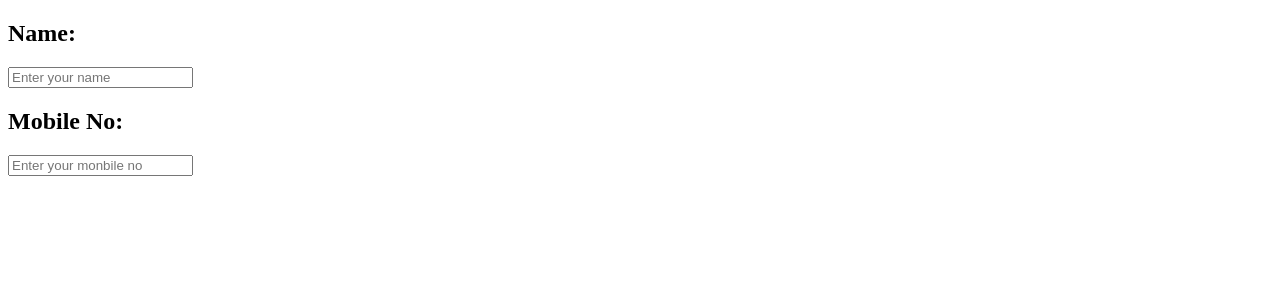
Repository: akki1071993/JavaServlet
Page: MyFirstServletApp/src/main/webapp/index.html
These files come from the project's save history. The page is drawn as it stood at one moment and after the next save; the edit follows.
The browser window is 1280 px wide. The pictures show the whole page.

Above is the page before, as saved 2022-06-14 07:52:29.

### MyFirstServletApp/src/main/webapp/index.html
<!DOCTYPE html>
<html>
<head>
<meta charset="ISO-8859-1">
<title>Welcome to Akash World</title>
</head>
<body>
<h2>Name: </h2>
<input name="fname"  placeholder="Enter your name" />

<h2>Mobile No: </h2>
<input name="fname"  placeholder="Enter your monbile no" />

</body>
</html>

After the next save:
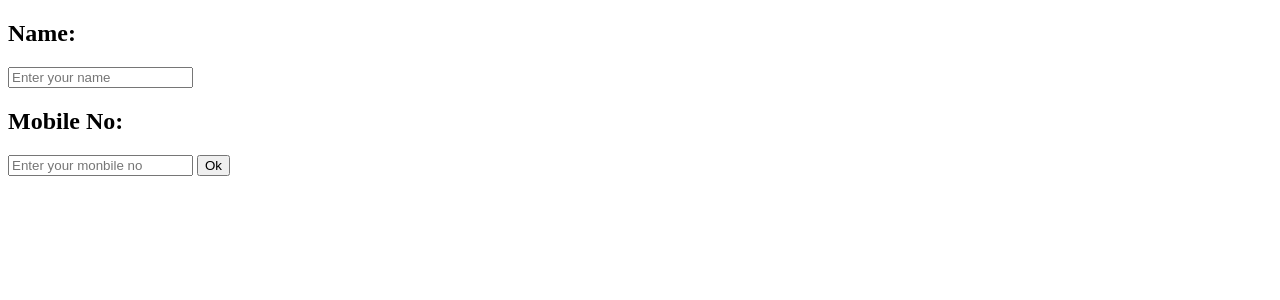
Saved 35 s later.
--- a/MyFirstServletApp/src/main/webapp/index.html
+++ b/MyFirstServletApp/src/main/webapp/index.html
@@ -6,10 +6,12 @@
 </head>
 <body>
 <h2>Name: </h2>
-<input name="fname"  placeholder="Enter your name" />
+<input type="text" name="fname"  placeholder="Enter your name" />
 
 <h2>Mobile No: </h2>
-<input name="fname"  placeholder="Enter your monbile no" />
+<input type="text" name="fname"  placeholder="Enter your monbile no" />
+
+<button type="submit">Ok</button>
 
 </body>
 </html>
